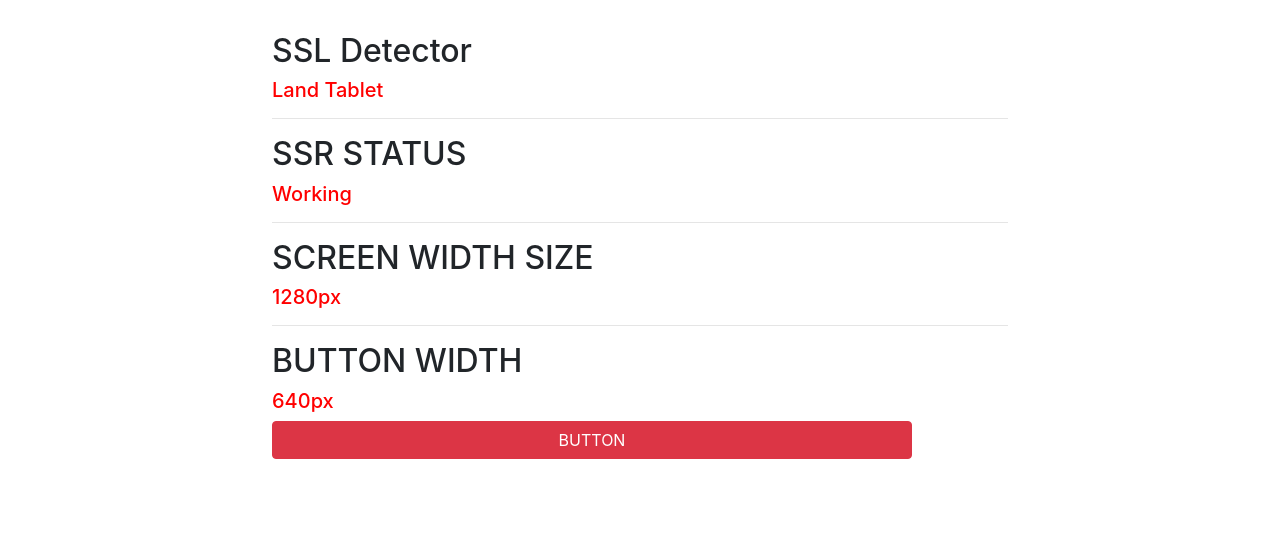
Repository: adrihle/screen-detector-nextpwa
Page: /
The author's editor kept a copy of each file at every save. The page is drawn from the files as they stood at one save, then again after the next save.
The browser window is 1280 px wide. The pictures show the whole page.
The project was rebuilt for these pictures with package versions that can differ from the ones it lists, and the page was loaded fresh each time. The framework's server and built-in components were replaced by stand-ins that run in the browser. Imported but missing from the stored project, and not drawn on this page: pages/_document.

Above is the page before, as saved 2020-12-28 15:16:48.

After the next save:
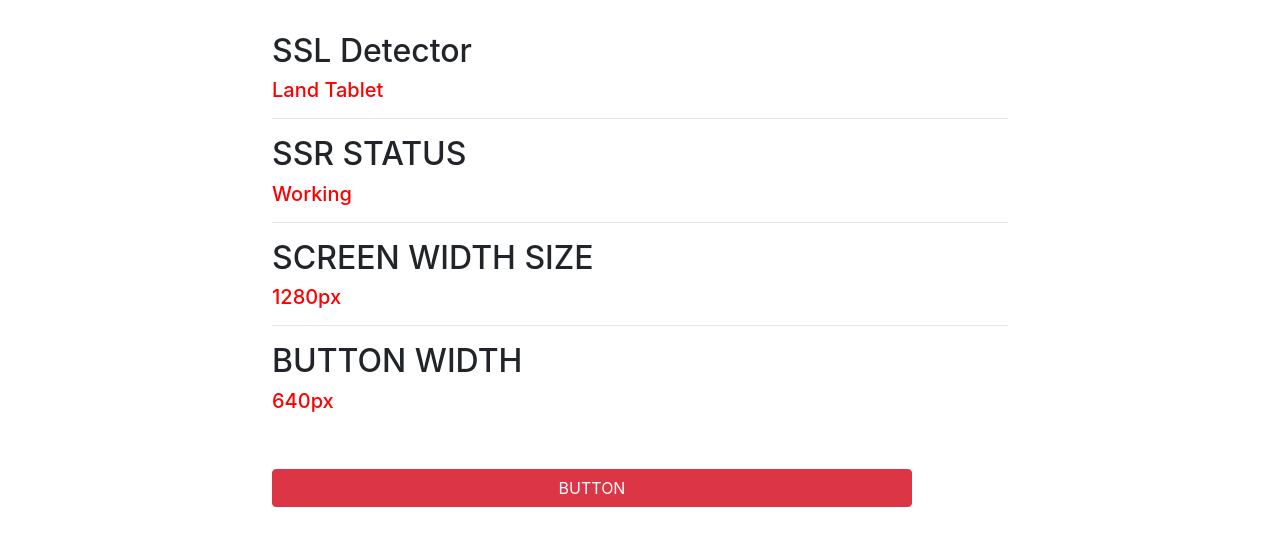
Saved 7 s later.
--- a/pages/index.js
+++ b/pages/index.js
@@ -23,7 +23,7 @@ const Index = ({ server, size, screen }) => {
           <>
             <h2>BUTTON WIDTH</h2>
             <h5 style={{color:'red'}}>{`${btnWidth}px`}</h5>
-            <button style={{width:btnWidth}} className='btn btn-danger'>BUTTON</button>
+            <button style={{width:btnWidth}} className='btn btn-danger mt-5'>BUTTON</button>
           </>
         )}
     </>
